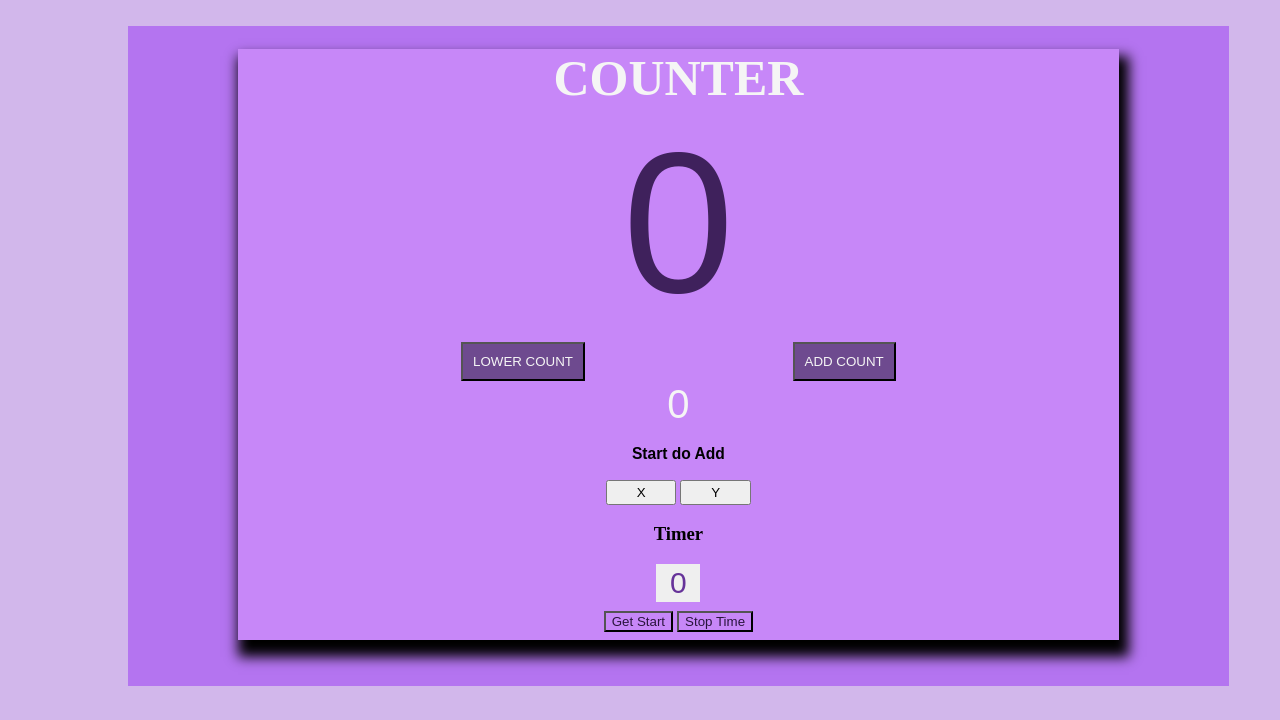
Repository: AnahitKhechumyan/Counter
Page: index.html
These files come from the project's save history. The page is drawn as it stood at one moment and after the next save; the edit follows.
The browser window is 1280 px wide. The pictures show the whole page.

Above is the page before, as saved 2022-02-15 00:44:58.
Console error: ReferenceError: X is not defined

### index.html
<!DOCTYPE html>
<html lang="en">
<head>
    <meta charset="UTF-8">
    <meta http-equiv="X-UA-Compatible" content="IE=edge">
    <meta name="viewport" content="width=device-width, initial-scale=1.0">
    <link rel="stylesheet" href="style.css">
    <title>Counter</title>
</head>
<body>
    <div class="container">
       <div class="main">
            <div class="header">COUNTER</div>
            <button class= "counter">0</button>
            <div class = "change">
                 <button class ="decrement" type="button">LOWER COUNT</button>
                 <button class ="increment" type="button">ADD COUNT</button>
            </div>
            <button class= "sum">0</button> <br>
            <button class= "add" type="button"><h3>Start do Add</h3></button>
            <div >
                <button class ="firstInput">X</button>
                <button class ="secondInput">Y</button>
           </div>
           <h3>Timer</h3>
           <button class= "timer">0</button>
            <div>
                <button class ="getTime">Get Start</button>
                <button class ="stopTime">Stop Time</button>
           </div>
        </div>
    </div>
    <script src= "script.js"></script>
</body>
</html>

### style.css
body{
    margin: 0;
    background-color: rgb(210, 183, 235);
}
.container{
    background-color: rgb(180, 116, 240);
    width: 86%;
    height: 90vh;
    margin: 2% 10%;
    padding-top: 1%;

}
.main{
    background-color: rgb(199, 135, 248);
    width: 80%;
    height: 82vh;
    margin: 1% 10%;
    box-shadow: 5px 12px 12px 5px;
    text-align: center;
}
.header{
    text-align: center;
    color:whitesmoke;
    font-size: 50px;
    font-weight: 700;
}

.counter{
    border:none;
    font-size:200px;
    color:rgb(63, 33, 92);
    background-color:rgb(199, 135, 248) ;

}
 .change{
     background-color:  rgb(199, 135, 248);
     font-size: 30px;
 }
.decrement{
    padding:10px;
    margin-right: 100px;
   background-color: rgb(110, 74, 143);
   color:whitesmoke;
}
.decrement:hover{
    background-color:whitesmoke;
    color:rgb(110, 74, 143);
    cursor:pointer;
}
.increment{
    padding:10px;
    margin-left: 100px;
    background-color: rgb(110, 74, 143);
    color:whitesmoke;
}
.increment:hover{
    background-color:whitesmoke;
    color:rgb(110, 74, 143);
    cursor:pointer;
}
.sum{
    border:none;
    background-color: rgb(199, 135, 248);
    color:whitesmoke;
    font-size: 40px;
}
.firstInput, .secondInput{
    width: 8%;
    padding:3px;
}
.timer{
    padding:2px 3px;
    font-size: 30px;
   width: 5%;
   border:none;
   color:rebeccapurple;
}

.getTime, .stopTime{
    margin-top:1%;
    background-color:rgb(199, 135, 248);
    color:rgb(41, 20, 61);
    cursor:pointer;
}
.getTime:hover, .stopTime:hover{
    background-color: whitesmoke;
    font-weight: 200;
}
h3{
    cursor:pointer;
}
.add{
    border:none;
    background-color: rgb(199, 135, 248);
}

### script.js
let counterElem = document.querySelector('.counter');
let addCount = document.querySelector('.increment');
let lowerCount =document.querySelector('.decrement');
let getTimer = document.querySelector('.getTime');
let stopTimer = document.querySelector('.stopTime');
let goTimer = document.querySelector('.timer');
let startAdd = document.querySelector('.add');

    let count = 0;
    updateDisplay();

 addCount.addEventListener("click",()=>{
    count++;
    updateDisplay();
});
lowerCount.addEventListener("click",()=>{
    count--;
    updateDisplay();
});

function updateDisplay(){
    counterElem.innerHTML = count;
};

 let num1 = X;
 let num2 = Y;
startAdd.addEventListener("click",()=>{
    add(X)(Y);
});
function add(X){
    return function(Y){
        return X + Y;
    }
};

    countTime=0;
 function getTime(){
    countTime++;
    goTimer.innerHTML = countTime;
 }
   let timer = 0;
  getTimer.addEventListener("click",()=>{
    timer = setInterval(getTime,1000);
});

stopTimer.addEventListener("click",()=>{
    clearInterval(timer);
    countTime = 0;
    goTimer.innerHTML = 0;
});

After the next save:
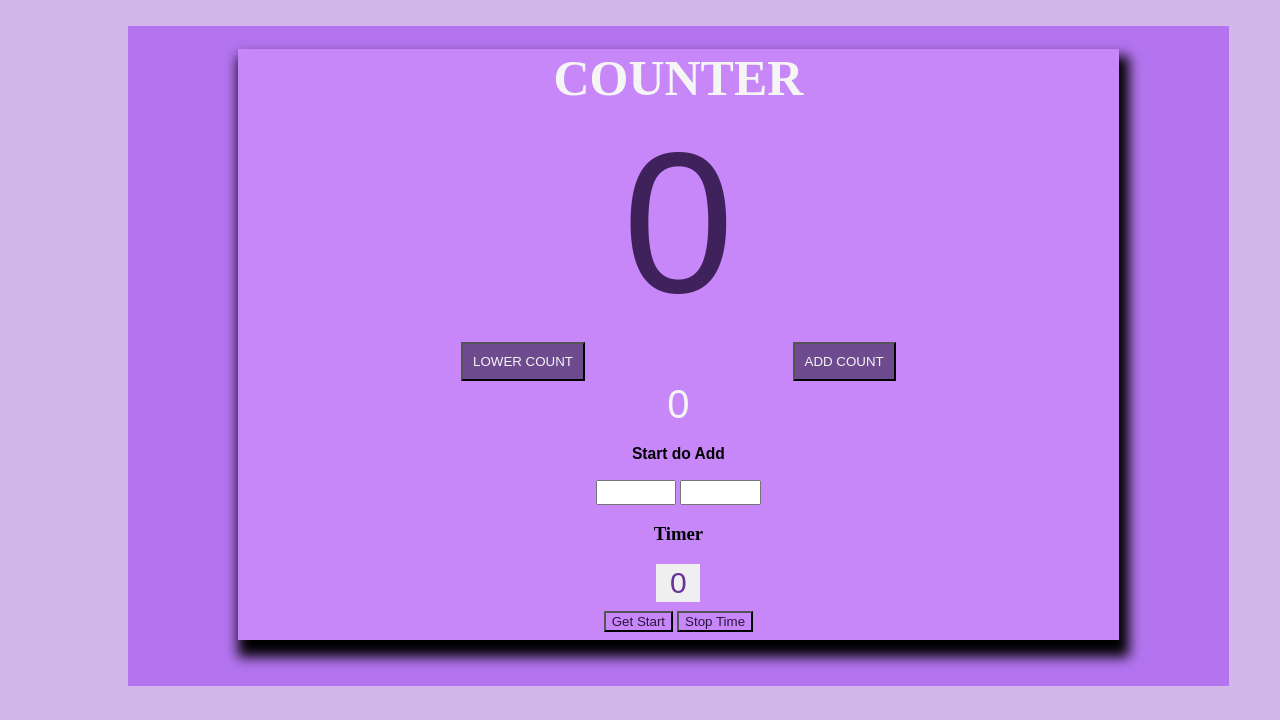
Saved 2 min 21 s later.
--- a/index.html
+++ b/index.html
@@ -19,8 +19,8 @@
             <button class= "sum">0</button> <br>
             <button class= "add" type="button"><h3>Start do Add</h3></button>
             <div >
-                <button class ="firstInput">X</button>
-                <button class ="secondInput">Y</button>
+                <input class ="firstInput" type="text" />
+                <input class ="secondInput" type = "text"/>
            </div>
            <h3>Timer</h3>
            <button class= "timer">0</button>
